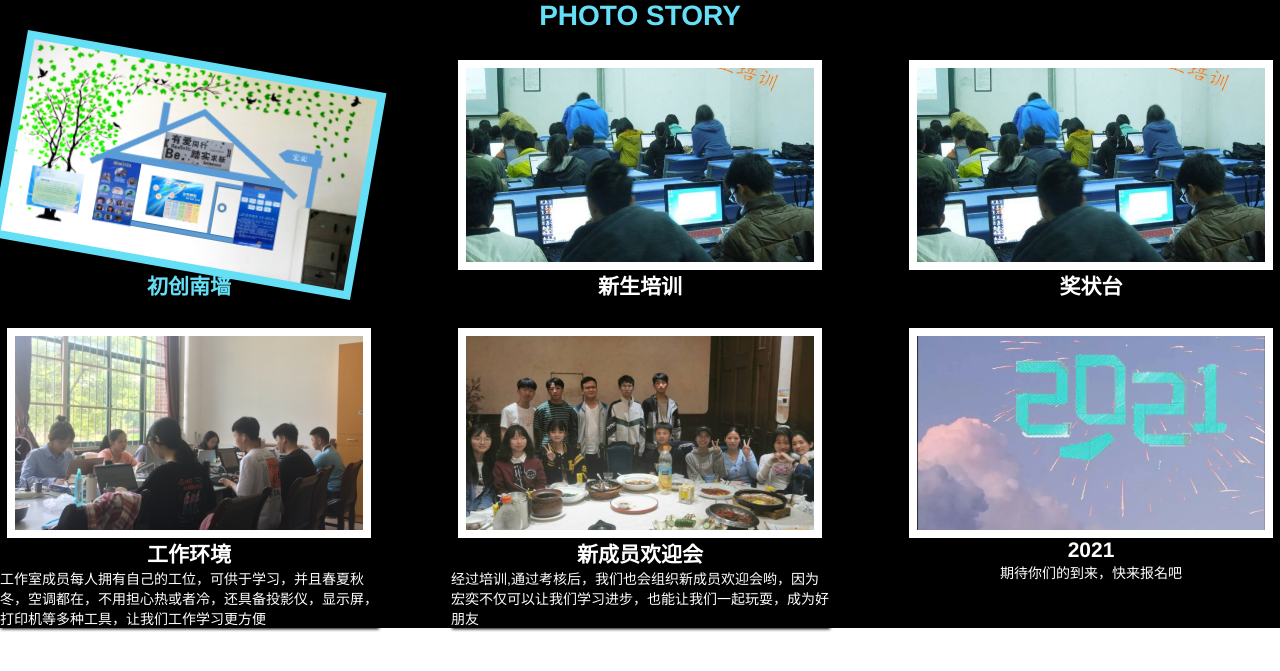
Repository: Homyit20/website
Page: /#/photo
The author's editor kept a copy of each file at every save. The page is drawn from the files as they stood at one save, then again after the next save.
The browser window is 1280 px wide. The pictures show the whole page.
The project was rebuilt for these pictures with package versions that can differ from the ones it lists, and the page was loaded fresh each time. Also part of the build but not shown: vue.config.js.

Above is the page before, as saved 2021-08-10 16:44:57.

After the next save:
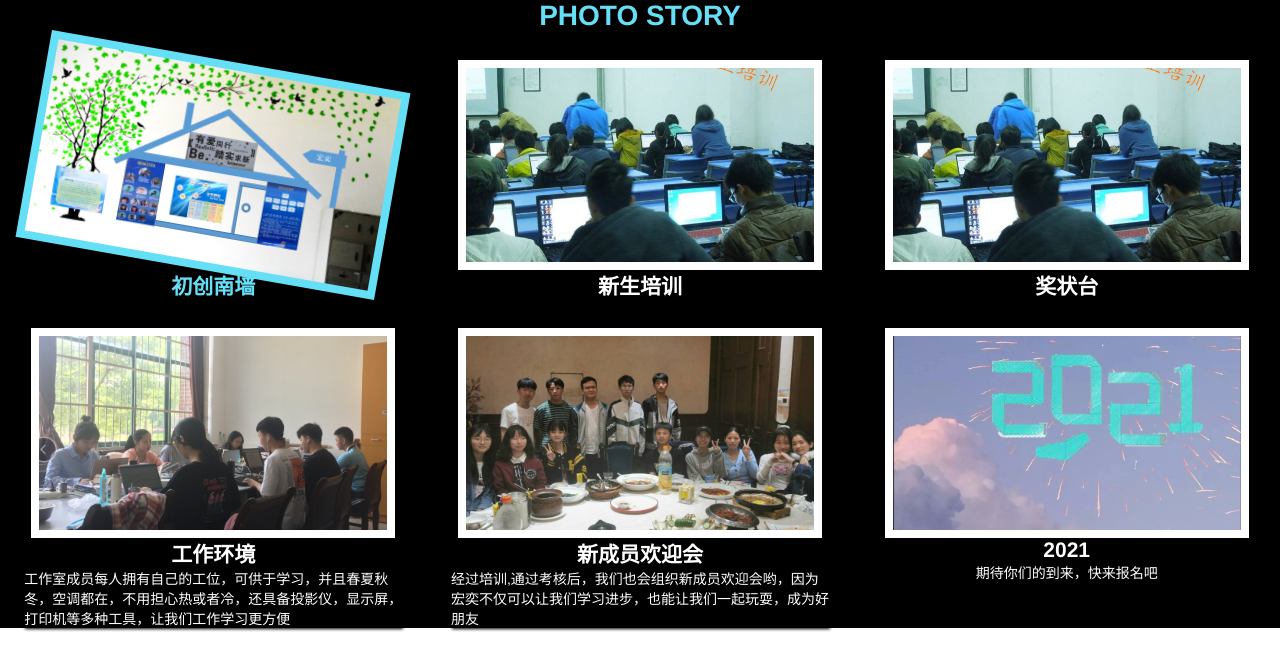
Saved 67 s later.
--- a/src/views/photo.vue
+++ b/src/views/photo.vue
@@ -71,7 +71,7 @@
 }
 .photo-content{
   display: flex;
-  justify-content: space-between;
+  justify-content: space-around;
   flex-wrap: wrap;
 }
 .photo-content-img{
